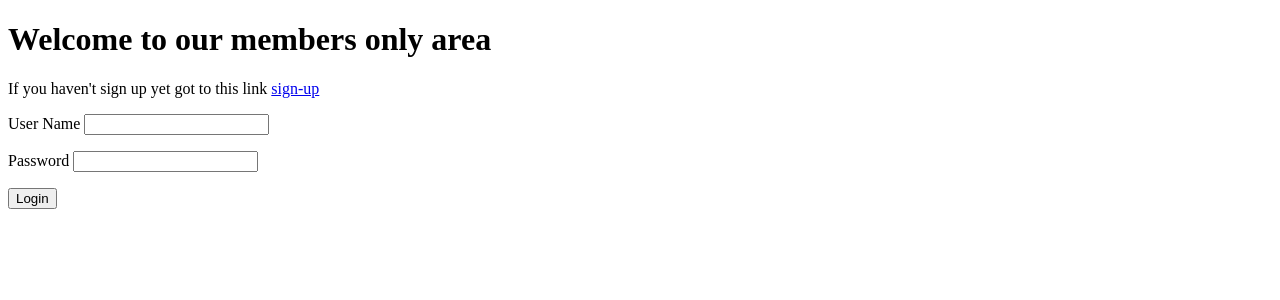
Repository: Nimblefire/CIT-360-Da-Ponte
Page: http://localhost/Servlets_Example/
These files come from the project's save history. The page is drawn as it stood at one moment and after the next save; the edit follows.
The browser window is 1280 px wide. The pictures show the whole page.
The page is served by Tomcat 9. Other server files are loaded and not shown.

Above is the page before, as saved 2019-02-06 18:38:34.

### Servlets Example/WebContent/index.jsp
<%@ page language="java" contentType="text/html; charset=ISO-8859-1"
    pageEncoding="ISO-8859-1"%>
<!DOCTYPE html PUBLIC "-//W3C//DTD HTML 4.01 Transitional//EN" "http://www.w3.org/TR/html4/loose.dtd">
<html>
<head>
<meta http-equiv="Content-Type" content="text/html; charset=ISO-8859-1">
<title>Home Page</title>
</head>
<body>
	<header>
		<h1>Welcome to our members only area</h1>
		<div class="sign-up-invite">If you haven't sign up yet got to this link <a href="signup-page.html">sign-up</a></div>
	</header>
	<form method="post" action="LoginServlet">
		<p>User Name <input type="text" name="user"></p>
		<p>Password <input type="password" name="password"></p>
		<input type="submit" value="Login">
	</form>
</body>
</html>

After the next save:
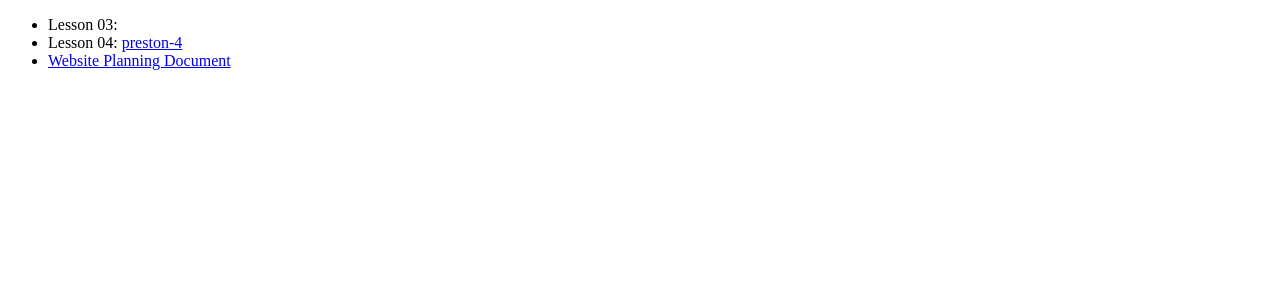
Saved 2 min 12 s later.
--- a/Servlets Example/WebContent/index.jsp
+++ b/Servlets Example/WebContent/index.jsp
@@ -7,14 +7,12 @@
 <title>Home Page</title>
 </head>
 <body>
-	<header>
-		<h1>Welcome to our members only area</h1>
-		<div class="sign-up-invite">If you haven't sign up yet got to this link <a href="signup-page.html">sign-up</a></div>
-	</header>
-	<form method="post" action="LoginServlet">
-		<p>User Name <input type="text" name="user"></p>
-		<p>Password <input type="password" name="password"></p>
-		<input type="submit" value="Login">
-	</form>
+	<nav style="design: in-line">
+	<ul>
+       <li>Lesson 03: <a href="assignments/lesson-3/fixedhtml.html"></a></li>
+       <li>Lesson 04: <a href="assignments/lesson-4/preston-4.html">preston-4</a></li>
+       <li><a href="assignments/lesson-4/Website Planning Document.pdf">Website Planning Document</a></li>
+   	</ul>
+	</nav>
 </body>
 </html>
